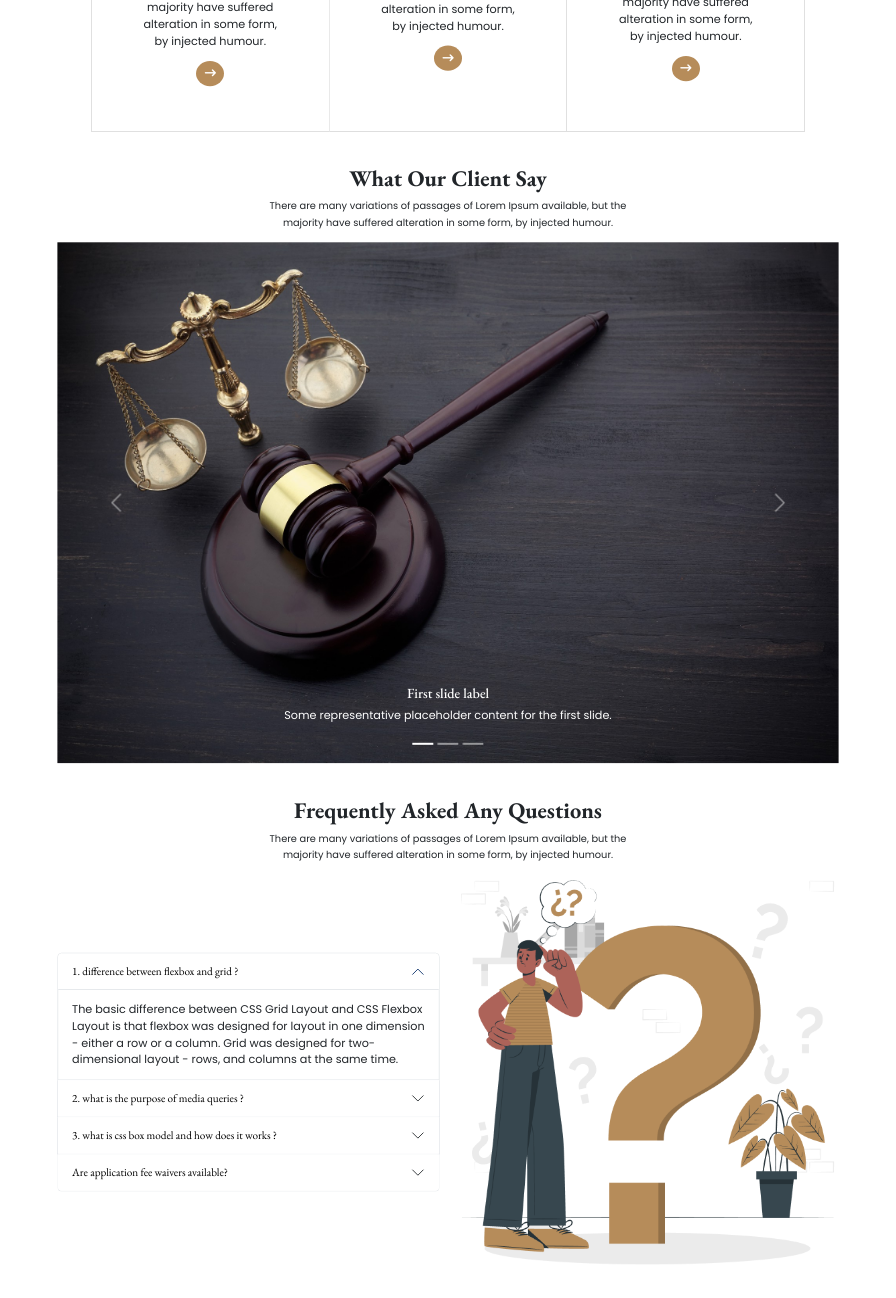
Repository: sadiaafsana138/justice
Page: index.html
The author's editor kept a copy of each file at every save. The page is drawn from the files as they stood at one save, then again after the next save.
The browser window is 1280 px wide. The pictures show the part of the page from y = 1643 to 3563 px (the page is 3497 px tall before and 3563 px after), at 70% of full size.
Some web libraries are served in a nearby version.

Above is the page before, as saved 2023-01-25 22:56:20.

After the next save:
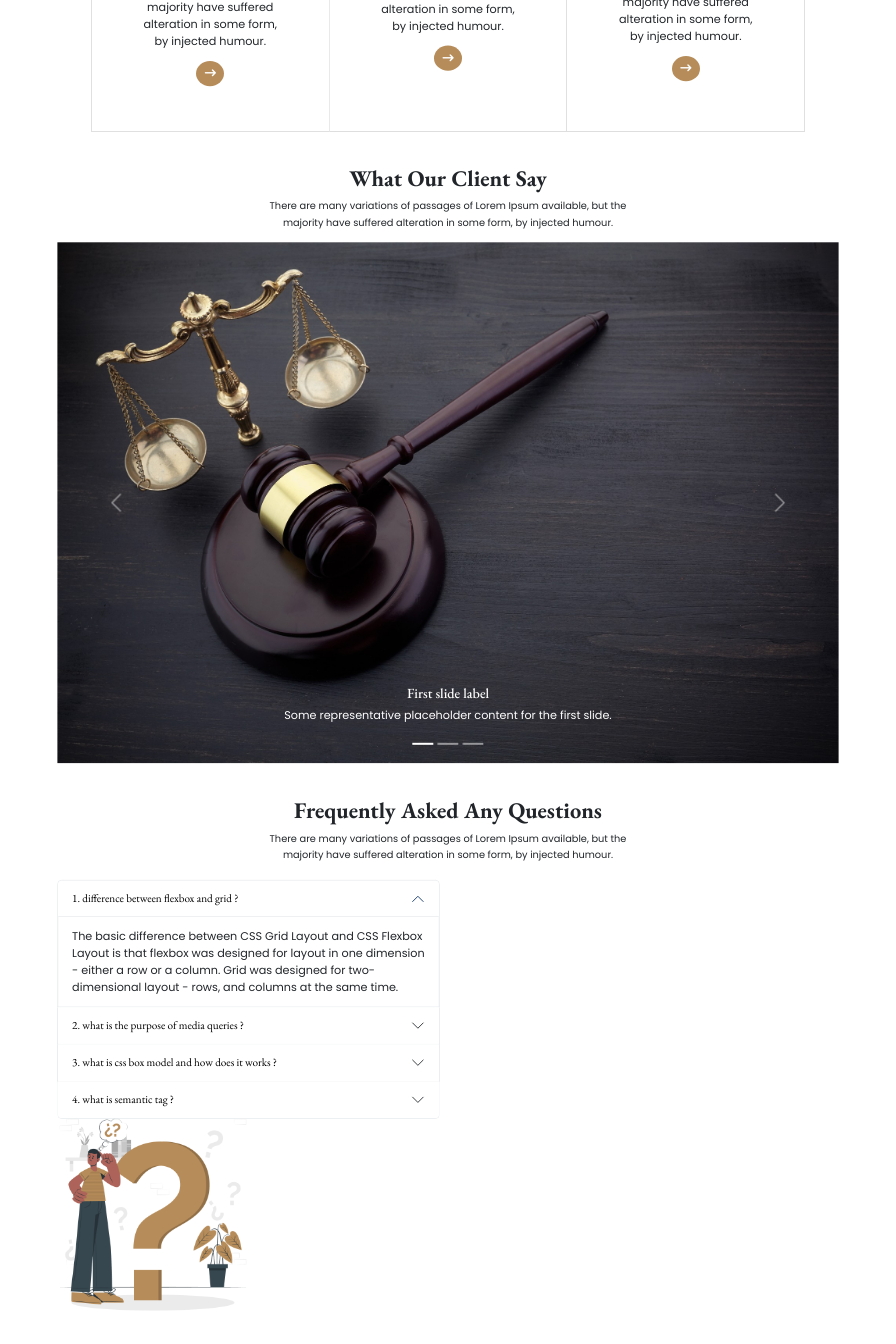
Saved 59 s later.
--- a/index.html
+++ b/index.html
@@ -391,15 +391,13 @@
                                 <button class="accordion-button collapsed text-black bg-white" type="button"
                                     data-bs-toggle="collapse" data-bs-target="#panelsStayOpen-collapseFour"
                                     aria-expanded="false" aria-controls="panelsStayOpen-collapseFour">
-                                    Are application fee waivers available?
+                                    4. what is semantic tag ?
                                 </button>
                             </h2>
                             <div id="panelsStayOpen-collapseFour" class="accordion-collapse collapse"
                                 aria-labelledby="panelsStayOpen-headingFour">
                                 <div class="accordion-body">
-                                    There are many variations of passages of Lorem Ipsum
-                                    available, but the majority have suffered alteration in some
-                                    form, by injected humour, .
+                                    Semantic HTML tags are tags that define the meaning of the content they contain. For example, tags like <header>, <article>, and <footer> are semantic HTML tags. They clearly indicate the role of the content they contain. On the other hand, tags like<div> and <span> are typical examples of non-semantic HTML elements.
                                 </div>
                             </div>
                         </div>
